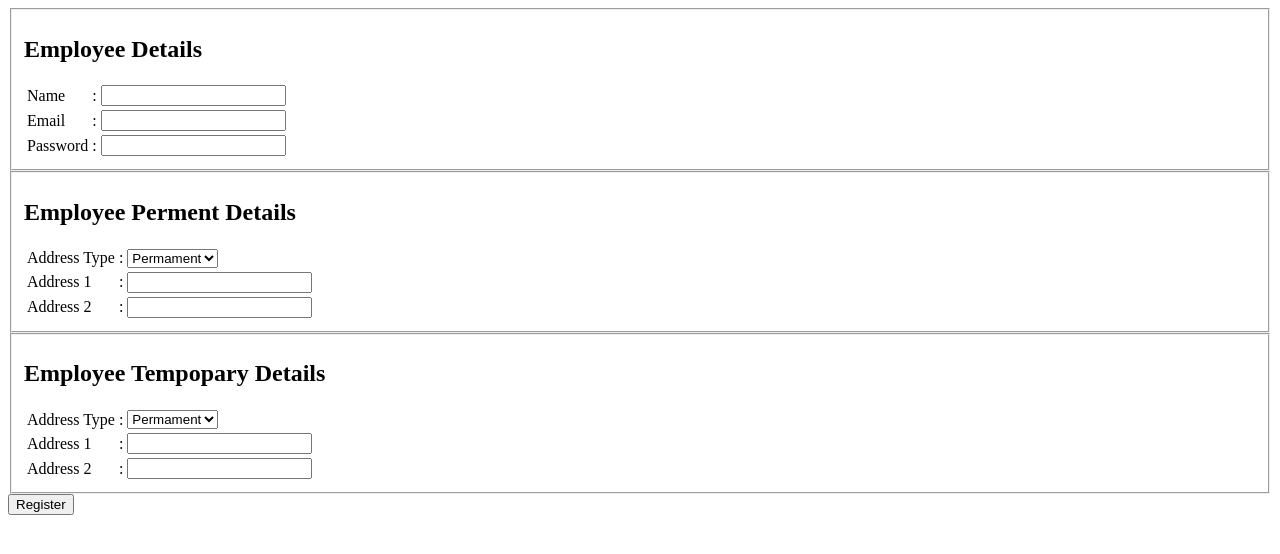
Repository: ramanagouda1001/TY_CG_HTD_BangaloreNovember_JFS_RamanagoudaB
Page: http://localhost/empspringmvc/WEB-INF/view/register.jsp
These files come from the project's save history. The page is drawn as it stood at one moment and after the next save; the edit follows.
The browser window is 1280 px wide. The pictures show the whole page.
The page is served by Tomcat 9. Nobody is signed in. Other server files are loaded and not shown. The template is opened directly, without the code that normally fills it, so the values that code supplies are empty.

Above is the page before, as saved 2019-12-24 05:34:09.

### BackEnd/SpringMVC/empspringmvc/src/main/webapp/WEB-INF/view/register.jsp
<%@ page language="java" contentType="text/html; charset=ISO-8859-1"
    pageEncoding="ISO-8859-1"%>
<!DOCTYPE html>
<html>
<head>
<meta charset="ISO-8859-1">
<title>Insert title here</title>
</head>
<body>
<form action="" method="post">
	<fieldset>
		<h2>Employee Details</h2>

			<table>
			<tr>
				<td>Name</td>
				<td>:</td>
				<td><input type="text" name="name" required></td>
			</tr>
			<tr>
				<td>Email</td>
				<td>:</td>
				<td><input type="email" name="email" required></td>
			</tr>

			<tr>
				<td>Password</td>
				<td>:</td>
				<td><input type="password" name="password" required></td>
			</tr>
		</table>
	</fieldset>
	<fieldset>
		<h2>Employee Perment Details</h2>

			<table>
			<tr>
				<td>Address Type</td>
				<td>:</td>
				<td><select name="home">
   					 <option value="Permament">Permament</option>
   					 <option value="Tempapory">Tempapory</option>
    			  </select>
				</td>
			</tr>
			<tr>
				<td>Address 1</td>
				<td>:</td>
				<td><input type="text" name="address1" required></td>
			</tr>
			<tr>
				<td>Address 2</td>
				<td>:</td>
				<td><input type="text" name="address2" required></td>
			</tr>
		</table>
	</fieldset>	<fieldset>
		<h2>Employee Tempopary Details</h2>

			<table>
				<tr>
				<td>Address Type</td>
				<td>:</td>
				<td><select name="home">
   					 <option value="Permament">Permament</option>
   					 <option value="Tempapory">Tempapory</option>
    			  </select>
				</td>
			</tr>
			<tr>
				<td>Address 1</td>
				<td>:</td>
				<td><input type="text" name="address1" required></td>
			</tr>
			<tr>
				<td>Address 2</td>
				<td>:</td>
				<td><input type="text" name="address2" required></td>
			</tr>
		</table>
	</fieldset>
	<input type="submit" value="Register">
</form>
</body>
</html>

After the next save:
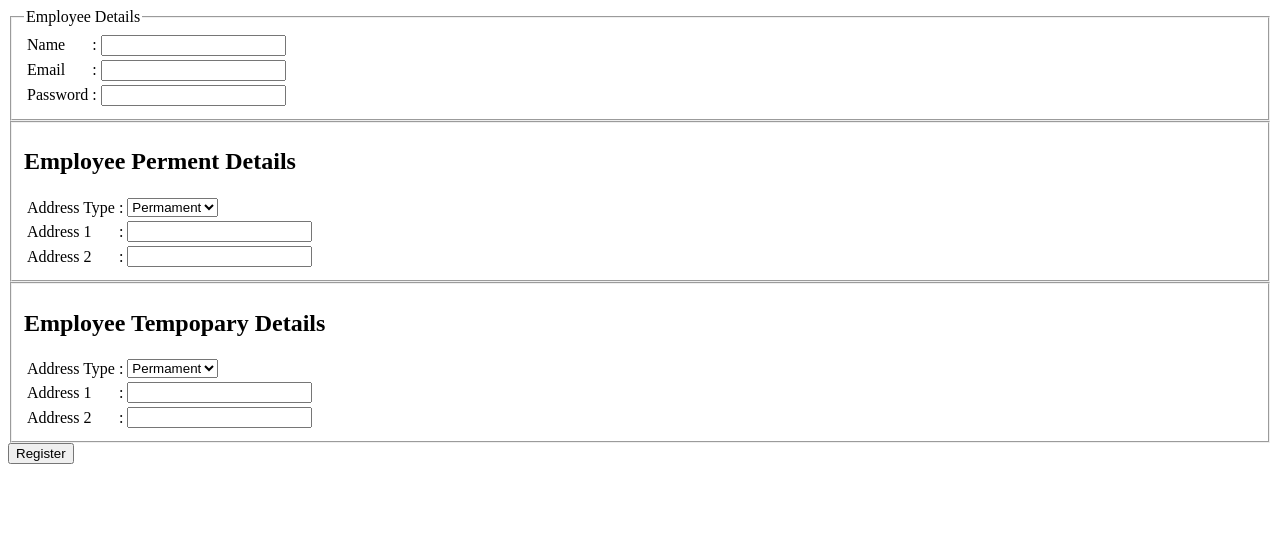
Saved 2 min 33 s later.
--- a/BackEnd/SpringMVC/empspringmvc/src/main/webapp/WEB-INF/view/register.jsp
+++ b/BackEnd/SpringMVC/empspringmvc/src/main/webapp/WEB-INF/view/register.jsp
@@ -7,10 +7,9 @@
 <title>Insert title here</title>
 </head>
 <body>
-<form action="" method="post">
+<form action="./register" method="post">
 	<fieldset>
-		<h2>Employee Details</h2>
-
+		<legend>Employee Details</legend>
 			<table>
 			<tr>
 				<td>Name</td>
